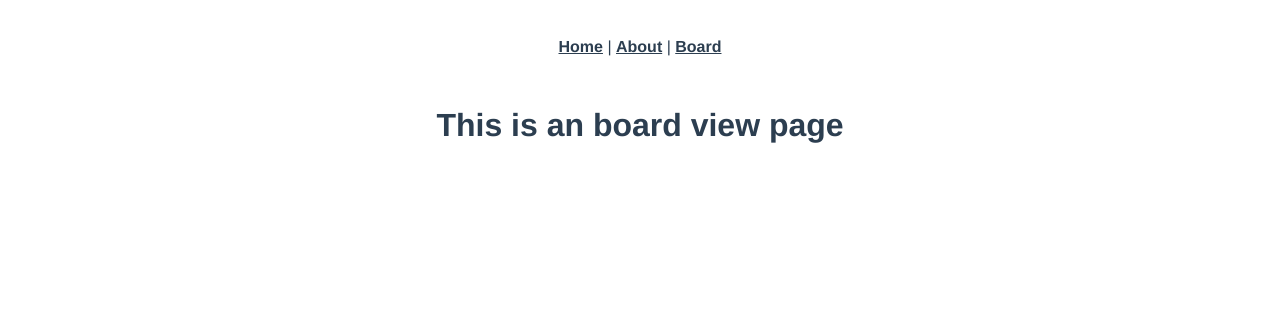
Repository: Nohyunjin/vuesomething
Page: /boardview (app in testvue/)
These files come from the project's save history. The page is drawn as it stood at one moment and after the next save; the edit follows.
The browser window is 1280 px wide. The pictures show the whole page.
The page's requests for data from a server got no answer. The project was rebuilt for these pictures with package versions that can differ from the ones it lists, and the page was loaded fresh each time. No one was signed in, and anything a server would have sent is missing. Also part of the build but not shown: testvue/vue.config.js, testvue/src/components/HelloWorld.vue, testvue/src/views/HomeView.vue.

Above is the page before, as saved 2022-05-03 10:59:23.

### testvue/src/main.js
import { createApp } from 'vue'
import App from './App.vue'
import router from './router'
import axios from 'axios'

const app = createApp(App).use(router)
app.config.globalProperties.axios = axios
app.mount('#app')

### testvue/src/App.vue
<template>
  <nav>
    <router-link to="/">Home</router-link> |
    <router-link to="/about">About</router-link> |
    <router-link to="/board">Board</router-link>
  </nav>
  <router-view/>
</template>

<style>
#app {
  font-family: Avenir, Helvetica, Arial, sans-serif;
  -webkit-font-smoothing: antialiased;
  -moz-osx-font-smoothing: grayscale;
  text-align: center;
  color: #2c3e50;
}

nav {
  padding: 30px;
}

nav a {
  font-weight: bold;
  color: #2c3e50;
}

nav a.router-link-exact-active {
  color: #42b983;
}
</style>

### testvue/src/router/index.js
import { createRouter, createWebHistory } from 'vue-router'
import HomeView from '../views/HomeView.vue'

const routes = [
  {
    path: '/',
    name: 'home',
    component: HomeView
  },
  {
    path: '/about',
    name: 'About',
    // route level code-splitting
    // this generates a separate chunk (about.[hash].js) for this route
    // which is lazy-loaded when the route is visited.
    component: () => import(/* webpackChunkName: "about" */ '../views/AboutView.vue')
  },
  {
    path: '/board',
    name: 'BoardList',
    component: () => import('@/views/BoardList.vue')
  },
  {
    path: '/boardview',
    name: 'BoardView',
    component: () => import('@/views/BoardView.vue')
  }
]

const router = createRouter({
  history: createWebHistory(process.env.BASE_URL),
  routes
})

export default router

### testvue/src/views/BoardView.vue
<template>
  <div class="board">
		<h1>This is an board view page</h1>
	</div>
</template>

<script>
export default {
  name:'BoardView',
  data() {
    return {
      boardItem : {}
    }
  },
  methods : {
    getBoardRead() {
      this.axios.get("http://localhost:9000/boards/" + this.$route.query.boardNo).then((res)=>{
        console.log(res);
        this.boardItem = res.data.data;
      }).catch((err) => {
        console.log(err);
      });
    }
  },
  mounted() {
    this.getBoardRead()
  },
}
</script>

<style>
.board {
  width : 800px;
  margin : 20px auto;
}
</style>

Loaded but not shown: testvue/public/index.html (common file)

After the next save:
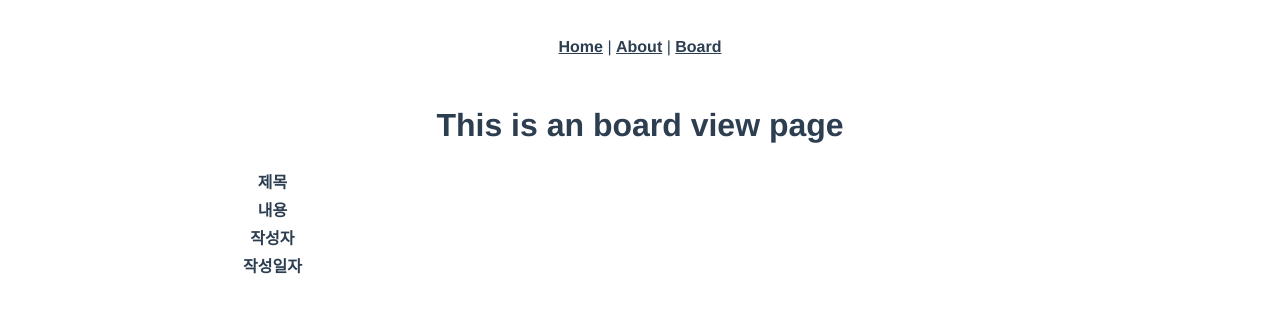
Saved 27 s later.
--- a/testvue/src/views/BoardView.vue
+++ b/testvue/src/views/BoardView.vue
@@ -1,6 +1,30 @@
 <template>
   <div class="board">
 		<h1>This is an board view page</h1>
+    <table>
+			<colgroup>
+				<col style="width:18.5%">
+				<col style="width:">
+			</colgroup>
+			<tbody>
+				<tr>
+					<th scope="row">제목</th>
+					<td class="title">{{boardItem.subject}}</td>
+				</tr>
+				<tr>
+					<th scope="row">내용</th>
+					<td>{{boardItem.content}}</td>
+				</tr>
+				<tr>
+					<th scope="row">작성자</th>
+					<td>{{boardItem.writer}}</td>
+				</tr>
+				<tr>
+					<th scope="row">작성일자</th>
+					<td>{{boardItem.writedate}}</td>
+				</tr>
+			</tbody>
+		</table>
 	</div>
 </template>
 
